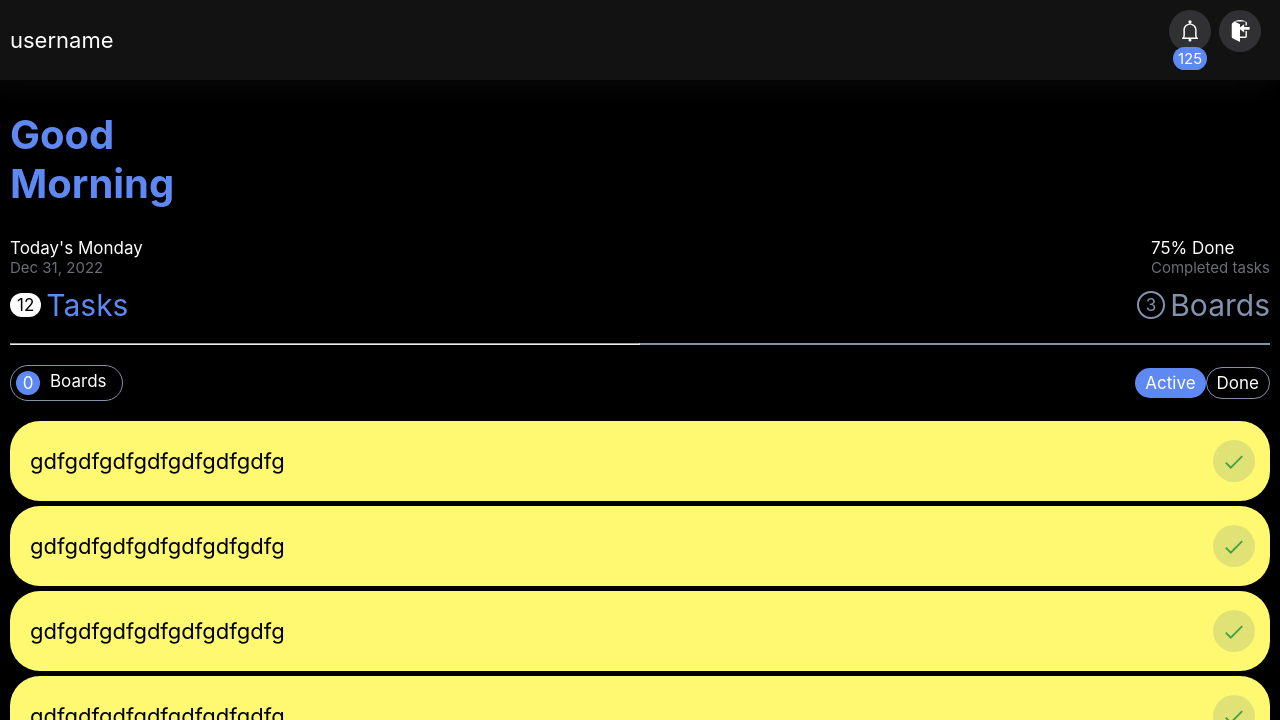
Repository: ShindanoSingi/todo-app
Page: /
The author's editor kept a copy of each file at every save. The page is drawn from the files as they stood at one save, then again after the next save.
The browser window is 1280 px wide. The pictures show the whole page.
The project was rebuilt for these pictures with package versions that can differ from the ones it lists, and the page was loaded fresh each time. Also part of the build but not shown: src/pages/LandingPage.js.

Above is the page before, as saved 2023-01-01 19:20:28.

After the next save:
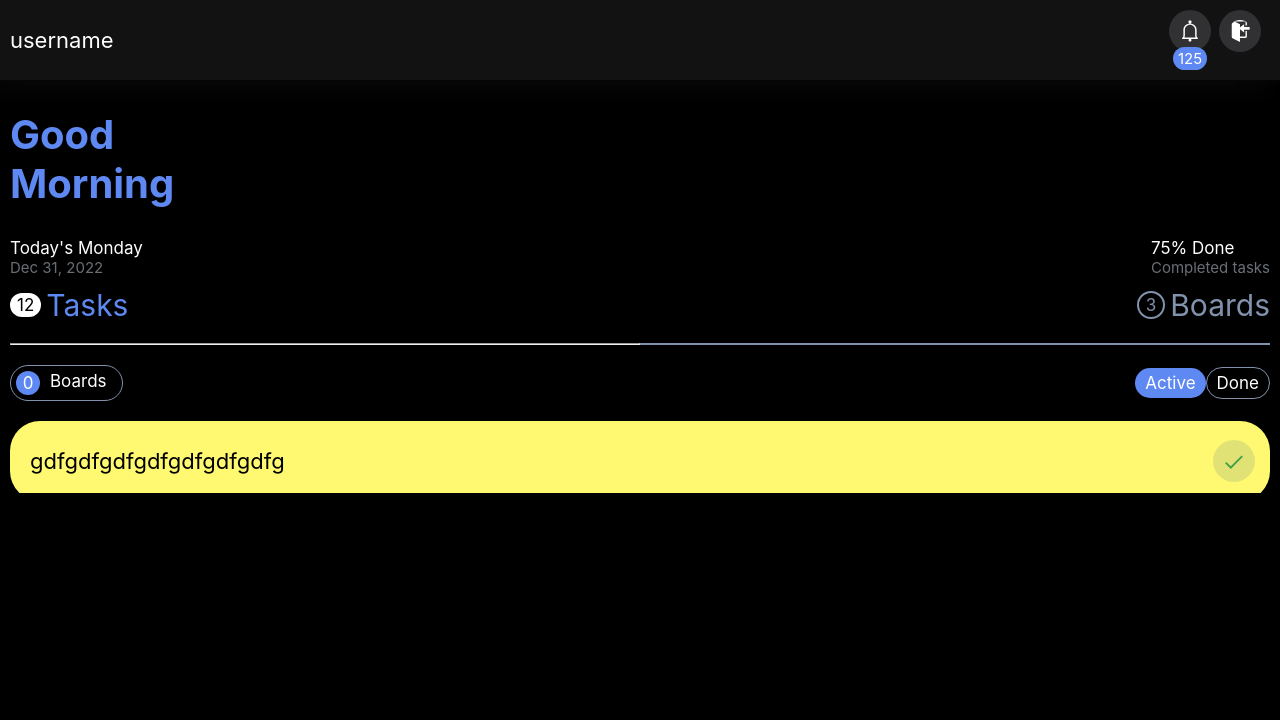
Saved 29 s later.
--- a/src/index.css
+++ b/src/index.css
@@ -257,7 +257,7 @@ h2 {
   display: flex;
   flex-direction: column;
   gap: 5px;
-  max-height: 10%;
+  max-height: 10vh;
   overflow-y: scroll;
 }
 
